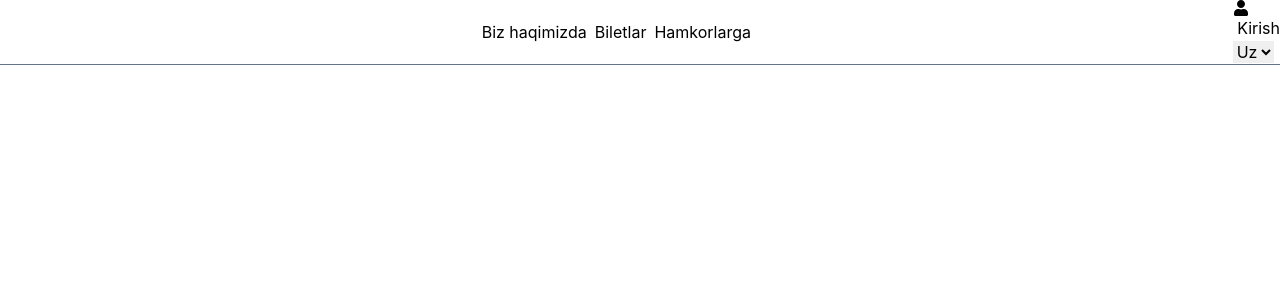
Repository: ziyodbek0300/avia-sales_
Page: /
These files come from the project's save history. The page is drawn as it stood at one moment and after the next save; the edit follows.
The browser window is 1280 px wide. The pictures show the whole page.
The project was rebuilt for these pictures with package versions that can differ from the ones it lists, and the page was loaded fresh each time.

Above is the page before, as saved 2022-06-01 23:56:18.

After the next save:
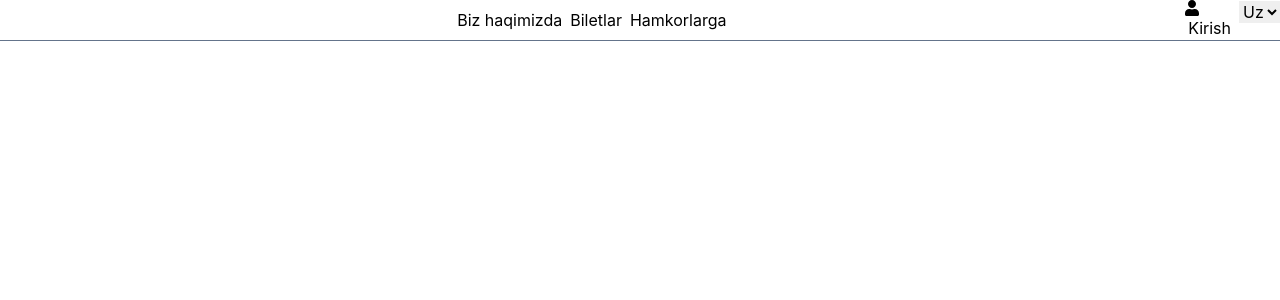
Saved 16 s later.
--- a/src/components/navbar/Navbar.jsx
+++ b/src/components/navbar/Navbar.jsx
@@ -11,7 +11,7 @@
                     <li>Biletlar</li>
                     <li>Hamkorlarga</li>
                 </ul>
-                <ul>
+                <ul className='flex gap-2'>
                     <li>
                         <FaUser />&nbsp;Kirish
                     </li>
